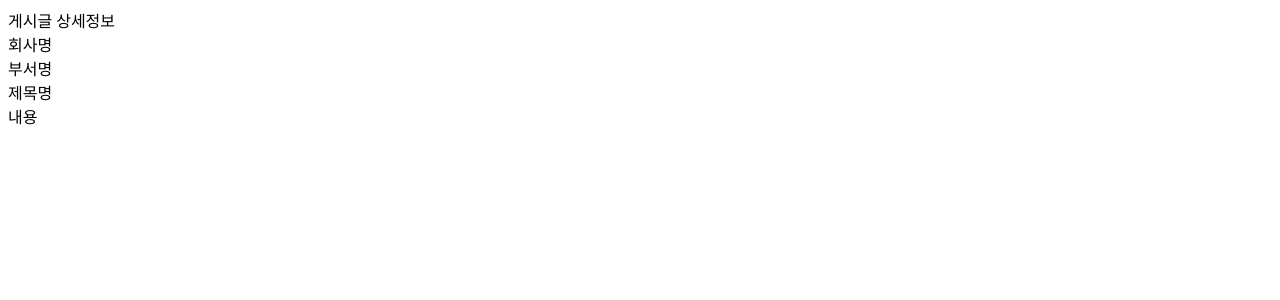
Repository: thdtjdgml415/exVoc
Page: /
An editor plug-in stored every save of this project. The page is shown before and after a run of saves, followed by the edit.
The browser window is 1280 px wide. The pictures show the whole page.
The project was rebuilt for these pictures with package versions that can differ from the ones it lists, and the page was loaded fresh each time.

Above is the page before, as saved 2023-01-12 10:45:58.

After the next 6 saves:
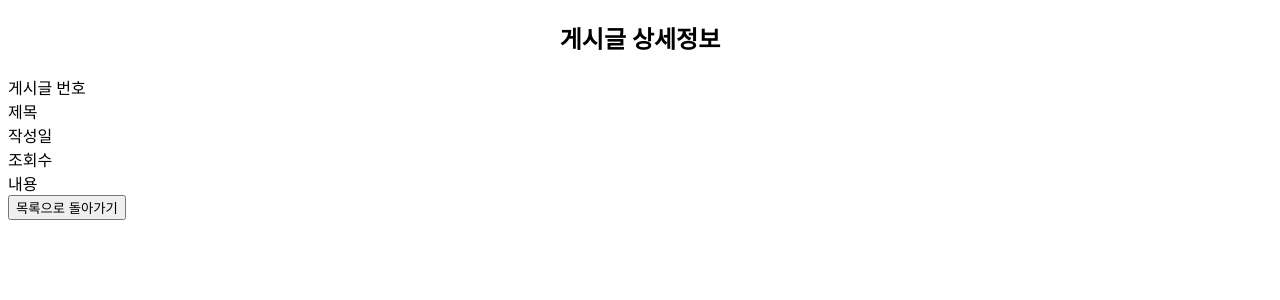
The 6 saves are shown as one change because 4 did not build or start and some came seconds apart.
The last was saved 2 min 2 s later.
--- a/src/App.js
+++ b/src/App.js
@@ -3,12 +3,39 @@ import React from 'react'
 function App() {
   return (
     <>
-      <div>게시글 상세정보</div>
-      <div>회사명</div>
-      <div>부서명</div>
-      <div>제목명</div>
-      <div>내용</div>
+      <h2 align="center">게시글 상세정보</h2>
 
+      <div className="post-view-wrapper">
+
+
+            <>
+              <div className="post-view-row">
+                <label>게시글 번호</label>
+
+              </div>
+              <div className="post-view-row">
+                <label>제목</label>
+
+              </div>
+              <div className="post-view-row">
+                <label>작성일</label>
+
+              </div>
+              <div className="post-view-row">
+                <label>조회수</label>
+
+              </div>
+              <div className="post-view-row">
+                <label>내용</label>
+                <div>
+
+                </div>
+              </div>
+            </>
+
+
+        <button className="post-view-go-list-btn" onClick={() => history.goBack()}>목록으로 돌아가기</button>
+      </div>
     </>
   )
 }
